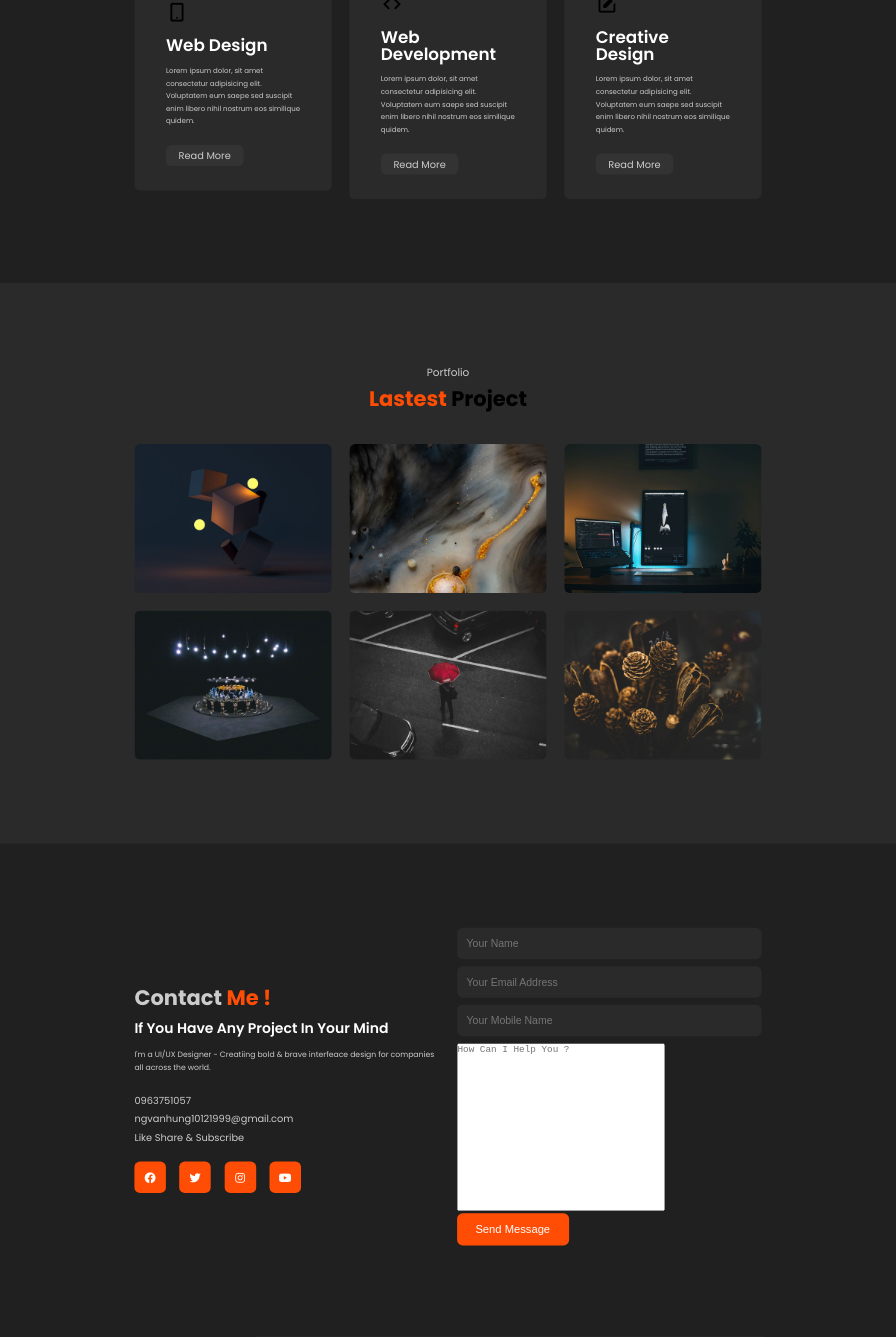
Repository: HungNg99/Protifolio2
Page: Portfolio/index.html
The author's editor kept a copy of each file at every save. The page is drawn from the files as they stood at one save, then again after the next save.
The browser window is 1280 px wide. The pictures show the part of the page from y = 1905 to 3825 px (the page is 3815 px tall before and 3825 px after), at 70% of full size.

Above is the page before, as saved 2022-12-12 16:06:07.

### Portfolio/index.html
<!DOCTYPE html>
<html lang="en">

<head>
    <meta charset="UTF-8">
    <meta http-equiv="X-UA-Compatible" content="IE=edge">
    <meta name="viewport" content="width=device-width, initial-scale=1.0">
    <title>Portfolio</title>
    <link rel="stylesheet" href="./reset.css">
    <link rel="stylesheet" href="./style.css">
    <link rel="stylesheet" href="https://cdnjs.cloudflare.com/ajax/libs/font-awesome/6.2.1/css/all.min.css"
        integrity="sha512-MV7K8+y+gLIBoVD59lQIYicR65iaqukzvf/nwasF0nqhPay5w/9lJmVM2hMDcnK1OnMGCdVK+iQrJ7lzPJQd1w=="
        crossorigin="anonymous" referrerpolicy="no-referrer" />

        <link rel="stylesheet"
        href="https://unpkg.com/boxicons@latest/css/boxicons.min.css">

    <link
        href="https://fonts.googleapis.com/css2?family=Montserrat:wght@800&family=Poppins:ital,wght@0,300;0,400;0,600;0,700;1,600&family=Roboto:wght@300;500&display=swap"
        rel="stylesheet">
</head>

<body>
    <!-- header design-->
    <header>
        <a href="#" class="logo">Cod<span>e</span>r.</a>
        <ul class="nav-list">
            <li><a href="#home" class="nav-link active">
                    Home
                </a></li>
            <li><a href="#about" class="nav-link">
                    About Me
                </a></li>
            <li><a href="#services" class="nav-link">
                    Services
                </a></li>
            <li><a href="#portfolio" class="nav-link">
                    Portfolio
                </a></li>
            <li><a href="#contact" class="nav-link">
                    Contact Me
                </a></li>
        </ul>

        <div class="bx bx-menu" id="menu-icon">
        </div>
    </header>

    <!-- home section design -->
    <section class="home" id="home">
       <div class="home-text">
        <div class="slide">
            <span class="one">Hello</span>
            <span class="two">I'm</span>
        </div>
        <h1>Hung</h1>
        <h3>UI/UX <span>Designer.</span> </h3>
        <p>Lorem ipsum dolor sit amet consectetur adipisicing elit. Quidem fuga tempora reprehenderit ad distinctio commodi ullam suscipit delectus similique nemo.</p>
        <div class="button">
            <a href="#" class="btn">Say Hello</a>
            <a href="#" class="btn2"><span><i class='bx bx-play'></i>Watch My Work</span></a>
        </div>
       </div>
    </section>

    <!-- about section design -->
    <section class="about" id="about">
        <div class="about-img">
            <img src="./img/about.jpg" alt="">
        </div>
        <div class="about-text">
            <h2>About <span>Me</span></h2>
            <h4>Creative UI/UX <span>Designer!</span></h4>
            <p>Lorem ipsum dolor, sit amet consectetur adipisicing elit. Natus amet, animi voluptatem ex perferendis sed eos totam quos, quas molestiae veritatis, at eius iste aut deleniti iure pariatur aspernatur temporibus.</p>
            <a href="#" class="btn">More About</a>
        </div>
    </section>

    <!-- about section design -->
    <section class="services" id="services">
        <div class="main-text">
            <p>What I am Export in</p>
            <h2><span>My</span> Services</h2>
        </div>

        <div class="services-content">
            <div class="box">
                <div class="s-icons">
                    <i class='bx bx-mobile-alt'></i>
                </div>
                <h3>Web Design</h3>
                <p>Lorem ipsum dolor, sit amet consectetur adipisicing elit. Voluptatem eum saepe sed suscipit enim libero nihil nostrum eos similique quidem.</p>
                <a href="#" class="read">Read More</a>
            </div>
            <div class="box">
                <div class="s-icons">
                    <i class='bx bx-code'></i>
                </div>
                <h3>Web Development</h3>
                <p>Lorem ipsum dolor, sit amet consectetur adipisicing elit. Voluptatem eum saepe sed suscipit enim libero nihil nostrum eos similique quidem.</p>
                <a href="#" class="read">Read More</a>
            </div>
            <div class="box">
                <div class="s-icons">
                    <i class='bx bxs-edit'></i>
                </div>
                <h3>Creative Design</h3>
                <p>Lorem ipsum dolor, sit amet consectetur adipisicing elit. Voluptatem eum saepe sed suscipit enim libero nihil nostrum eos similique quidem.</p>
                <a href="#" class="read">Read More</a>
            </div>
        </div>
    </section>

    <!-- portfolio section design -->
    <section class="portfolio" id="portfolio">
        <div class="main-text">
            <p>Portfolio</p>
            <h2><span>Lastest</span> Project</h2>
        </div>
        <div class="portfolio-content">
            <div class="row">
                <img src="./img/portfolio1.jpg" alt="">
                <div class="layer">
                    <h5>Visual Design</h5>
                    <p>Lorem ipsum, dolor sit amet consectetur adipisicing elit. Dolore mollitia fugit impedit iure. Tempore, adipisci!</p>
                    <a href="#"><i class='bx bx-link'></i></a>
                </div>
            </div>
            <div class="row">
                <img src="./img/portfolio2.jpg" alt="">
                <div class="layer">
                    <h5>Visual Design</h5>
                    <p>Lorem ipsum, dolor sit amet consectetur adipisicing elit. Dolore mollitia fugit impedit iure. Tempore, adipisci!</p>
                    <a href="#"><i class='bx bx-link'></i></a>
                </div>
            </div>
            <div class="row">
                <img src="./img/portfolio3.jpg" alt="">
                <div class="layer">
                    <h5>Visual Design</h5>
                    <p>Lorem ipsum, dolor sit amet consectetur adipisicing elit. Dolore mollitia fugit impedit iure. Tempore, adipisci!</p>
                    <a href="#"><i class='bx bx-link'></i></a>
                </div>
            </div>
            <div class="row">
                <img src="./img/portfolio4.jpg" alt="">
                <div class="layer">
                    <h5>Visual Design</h5>
                    <p>Lorem ipsum, dolor sit amet consectetur adipisicing elit. Dolore mollitia fugit impedit iure. Tempore, adipisci!</p>
                    <a href="#"><i class='bx bx-link'></i></a>
                </div>
            </div>
            <div class="row">
                <img src="./img/portfolio5.jpg" alt="">
                <div class="layer">
                    <h5>Visual Design</h5>
                    <p>Lorem ipsum, dolor sit amet consectetur adipisicing elit. Dolore mollitia fugit impedit iure. Tempore, adipisci!</p>
                    <a href="#"><i class='bx bx-link'></i></a>
                </div>
            </div>
            <div class="row">
                <img src="./img/portfolio6.jpg" alt="">
                <div class="layer">
                    <h5>Visual Design</h5>
                    <p>Lorem ipsum, dolor sit amet consectetur adipisicing elit. Dolore mollitia fugit impedit iure. Tempore, adipisci!</p>
                    <a href="#"><i class='bx bx-link'></i></a>
                </div>
            </div>
        </div>
    </section>

    <!-- contact section design -->
    <section class="contact" id="contact">
        <div class="contact-text">
            <h2>Contact <span>Me !</span> </h2>
            <h4>If You Have Any Project In Your Mind</h4>
            <p>I'm a UI/UX Designer - Creatiing bold & brave interfeace design for companies all across the world.</p>
            <div class="list">
                <li><a href="#">0963751057</a></li>
                <li><a href="#">ngvanhung10121999@gmail.com</a></li>
                <li><a href="#">Like Share & Subscribe</a></li>
            </div>

            <div class="contact-icons">
                <a href="#"><i class="fa-brands fa-facebook"></i></a>
                <a href="#"><i class="fa-brands fa-twitter"></i></a>
                <a href="#"><i class="fa-brands fa-instagram"></i></a>
                <a href="#"><i class="fa-brands fa-youtube"></i></a>
            </div>
        </div>

            <div class="contact-form">
                <form action="">
                    <input type="name" placeholder="Your Name" required>
                    <input type="email" placeholder="Your Email Address" required>
                    <input type="" placeholder="Your Mobile Name" required>
                    <textarea name="" id="" cols="35" rows="10" placeholder="How Can I Help You ?" required></textarea>
                    <input type="submit" class="submit" value="Send Message" required>
                </form>
            </div>


    </section>
    <script src="./scripts.js"></script>
</body>

</html>

### Portfolio/reset.css
html {
    box-sizing: border-box;
  }
  * {
    margin: 0;
    padding: 0;
  }
  *,
  *:before,
  *:after {
    box-sizing: border-box;
  }
  input,
  textarea,
  select,
  button {
    outline: none;
  }
  input {
    line-height: normal;
  }
  label,
  button {
    cursor: pointer;
  }
  a {
    text-decoration: none;
  }
  img {
    display: block;
    max-width: 100%;
  }
  *,
  *:before,
  *:after {
    box-sizing: border-box;
  }
  /* using rem unit */
  html {
    font-size: 62.5%;
  }
  a {
    text-decoration: none;
  }
  img {
    display: block;
    max-width: 100%;
  }
  body {
    font-family: "Poppins", sans-serif;
    font-size: 16px;
    line-height: 1;
    list-style: none;
    scroll-behavior: smooth;
    /* height: 200vh; */
  }

### Portfolio/style.css
body{
    background-color: var(--bg-color);
}
:root {
    --bg-color: #2a2a2a;
    --second-bg-color: #202020;
    --text-color: #fff;
    --second-color: #ccc;
    --main-color: #ff4d05;
    --big-font: 5rem;
    --h2-font: 3rem;
    --p-font: 1.1rem;
}

header {
    position: fixed;
    width: 100%;
    top: 0;
    right: 0;
    z-index: 1000;
    background: transparent;
    padding: 22px 15%;
    border-bottom: 1px solid transparent;
    transition: all 0.45s ease;
    display: flex;
    justify-content: space-between;
    align-items: center;
}

.logo {
    color: var(--text-color);
    font-size: 35px;
    font-weight: 700;
    letter-spacing: 1px;
}

span {
    color: var(--main-color);
}

.nav-list {
    display: flex;
    list-style: none;
}

.nav-list .nav-link {
    color: var(--second-color);
    margin: 0 15px;
    font-size: 17px;
    font-weight: 500;
    transition: all 0.45s ease;
}

.nav-list .nav-link:hover {
    color: var(--main-color);
}

.nav-list .nav-link.active {
    color: var(--main-color);
}

#menu-icon {
    color: var(--text-color);
    font-size: 35px;
    z-index: 10001;
    cursor: pointer;
    margin-left: 25px;
    display: none;

}

section {
    padding: 120px 15% 120px;
}

.home {
    position: relative;
    background-image: url(./img/background.jpg);
    background-repeat: no-repeat;
    background-position: center;
    background-size: cover;
    height: 120vh;
    width: 100%;
    display: flex;
    align-items: center;
    justify-content: flex-start;
}

.slide {
    margin-bottom: 30px;
}

.one {
    display: inline-block;
    margin-right: 15px;
    height: 32px;
    padding: 0 15px;
    line-height: 32px;
    font-size: 20px;
    font-weight: 500;
    border-radius: 5px;
    background-color: var(--main-color);
    color: var(--text-color);
}

.two {
    display: inline-block;
    color: var(--second-color);
    font-size: 20px;
    font-weight: 500;
}
.home-text h1 {
    font-size: var(--big-font);
    font-weight: 700;
    color: var(--text-color);
    line-height:1.1;
    margin: 0 0 8px;
}
.home-text h3{
    color: var(--text-color);
    margin: 0 0 35px;
    font-size: 3rem;
    font-weight: 700;
    line-height:1.1;
}
.home-text p{
    color: var(--text-color);
    font-size: var(--p-font);
    line-height:1.8;
    margin-bottom: 40px;
}
.button{
    display:flex;
    align-items: center;
    justify-content: flex-start;
}
.btn{
    display: inline-block;
    padding: 12px 28px;
    background: var(--main-color);
    border-radius: 5px;
    color: var(--text-color);
    font-size:1rem;
    letter-spacing: 1px;
    font-weight: 600;
    transition: all 0.45s ease;
}
.btn:hover{
    transform: scale(1.1);
}
.btn2{
    display: inline-flex;
    align-items: center;
    justify-content: center;
    font-size: 15px;
    font-weight:600;
    color: var(--text-color);
    margin-left: 35px;
}
.btn2 span{
    display: inline-flex;
    align-items: center;
    justify-content: center;
}
.btn2 span i{
    margin-right: 12px;
    height: 50px;
    width: 50px;
    border-radius: 50%;
    display: flex;
    align-items: center;
    justify-content: center;
    transition: all 0.45s ease;
    background-color: var(--main-color);
    color: var(--text-color);
}
.btn2 span i:hover{
    transform: scale(1.1);
}
header.sticky{
    background-color: var(--bg-color);
    border-bottom: 1px solid #ffffff1a;
    padding: 12px 15%;
}

.about{
    display: grid;
    grid-template-columns: repeat(2,1fr);
    align-items: center;
    gap: 8rem;
}


.about-img img{
  max-width: 530px;
  height: auto;
  width: 100%;
  border-radius: 8px;
}
.about-text span {
    color: var(--main-color);
}
.about-text h2{
  font-size: var(--h2-font);
  line-height:1;
  color: var(--text-color);
}
.about-text h4{
   font-size: 24px;
   font-weight:600;
   color: var(--text-color);
   line-height:1;
   margin: 15px 0px 30px;
}
.about-text p {
   color: var(--second-color);
   font-size: var(--p-font);
   line-height:1.8;
   margin-bottom: 4rem;
}
.services{

    background-color: var(--second-bg-color);
}
.main-text{
    text-align: center;
}
.main-text p{
    color: var(--second-color);
    font-size: 15px;
    margin-bottom: 15px;
}
.main-text h2{
    font-size:var(--h2-font);
    line-height:1;
}
.services-content{
    display: grid;
    grid-template-columns: repeat(3,1fr);
    align-items: center;
    gap: 2.5rem;
    margin-top: 5rem;
}
.box{
    background-color: var(--bg-color);
    border-radius:8px;
    padding: 35px 45px;
    transition: all 0.45s ease;
}
.s-icons i{
    font-size:32px;
    margin-bottom: 20px;
}
.box h3{
    font-size:24px;
    font-weight:600;
    color: var(--text-color);
    margin-bottom: 15px;
}
.box p{
    font-size:1rem;
    line-height:1.8;
    color: var(--second-color);
    margin-bottom: 25px;
}
.read{
    display: inline-block;
    padding: 8px 18px;
    background: #333333;
    color: var(--second-color);
    font-size:14px;
    font-weight:500;
    border-radius:8px;
    transition: all 0.45s ease;
}
.read:hover{
    letter-spacing: 1px;
    background-color: #ffffff99;
    color: var(--text-color);
}
.box:hover{
    transform: translateY(-8px);
    cursor: pointer;
}
.portfolio-content{
    display: grid;
    grid-template-columns: repeat(3,1fr);
    gap: 2.5rem;
    margin-top: 5rem;
    align-items: center;
}
.row{
    position: relative;
    overflow: hidden;
    border-radius: 8px;
    cursor: pointer;
}
.row img{
    width: 100%;
    border-radius: 8px;
    display: block;
    transition: transform 0.45s;
}
.layer{
    width: 100%;
    /* heigh = 0 khi chưa hover */
    height: 0;
    background: linear-gradient(rgba(0,0,0,0.1),#ff004f);
    position: absolute;
    border-radius: 8px;
    left: 0;
    bottom: 0;
    overflow: hidden;
    display: flex;
    flex-direction: column;
    align-items: center;
    justify-content:center;
    text-align: center;
    padding: 0px 40px;
    transition: height 0.45s;
}
.layer h5{
    font-size: 20px;
    font-weight:600;
    margin-bottom: 15px;
    color: var(--text-color);
}
.layer p{
    color: var(--second-color);
    font-size:1rem;
    line-height:1.8;
}
.layer i{
    color: var(--main-color);
    margin-top: 20px;
    background-color: var(--text-color);
    display:flex;
    justify-content: center;
    align-items: center;
    width: 60px;
    height: 60px;
    border-radius: 50%;
}
.row:hover img{
    transform: scale(1.1);
}
.row:hover .layer{
    height: 100%;
}
.contact{
    display: grid;
    grid-template-columns: repeat(2,1fr);
    align-items: center;
    gap:2.5rem;
    background-color: var(--second-bg-color);
}
.contact-text h4{
    color: var(--text-color);
    margin: 18px 0;
    font-size: 20px;
    font-weight: 600;
}
.contact-text h2{
    font-size: var(--h2-font);
    line-height:1;
    color: var(--second-color);
}
.contact-text p{
    color: var(--second-color);
    font-size: var(--p-font);
    line-height:1.8;
    margin-bottom: 30px;
}
.list{
    margin-bottom: 2.8rem;
}
.list li{
    margin-bottom: 12px;
}
.list li a{
    display: block;
    color: var(--second-color);
    font-size: 14px;
    transition: all 0.45s ease;
}
.list li a:hover{
    color: var(--text-color);
    transform: translateX(5px);
}
.contact-icons i{
    height: 45px;
    width: 45px;
    background-color: var(--main-color);
    color: var(--text-color);
    display: inline-flex;
    justify-content: center;
    align-items: center;
    border-radius: 8px;
    margin-right: 15px;
    transition: all 0.45s ease;
}
.contact-icons i:hover{
    background-color: var(--text-color);
    color: var(--main-color);
}
.contact-form form input{
    width: 100%;
    padding: 14px;
    background: var(--bg-color);
    color: var(--text-color);
    border: none;
    outline: none;
    font-size: 15px;
    border-radius: 8px;
    margin-bottom: 10px;
}
.contact-form form textarea{
    resize: none;
    height: 240px;
}
.contact-form .submit{
    display: inline-block;
    font-size: 16px;
    width: 160px;
    color: var(--text-color);
    background-color: var(--main-color);
    transition: all 0.45s ease;
}
.contact-form .submit:hover{
    transform: scale(1.1);
    cursor: pointer;
}

Loaded but not shown: Portfolio/scripts.js (no copy from this time; the picture is the same without it)

After the next save:
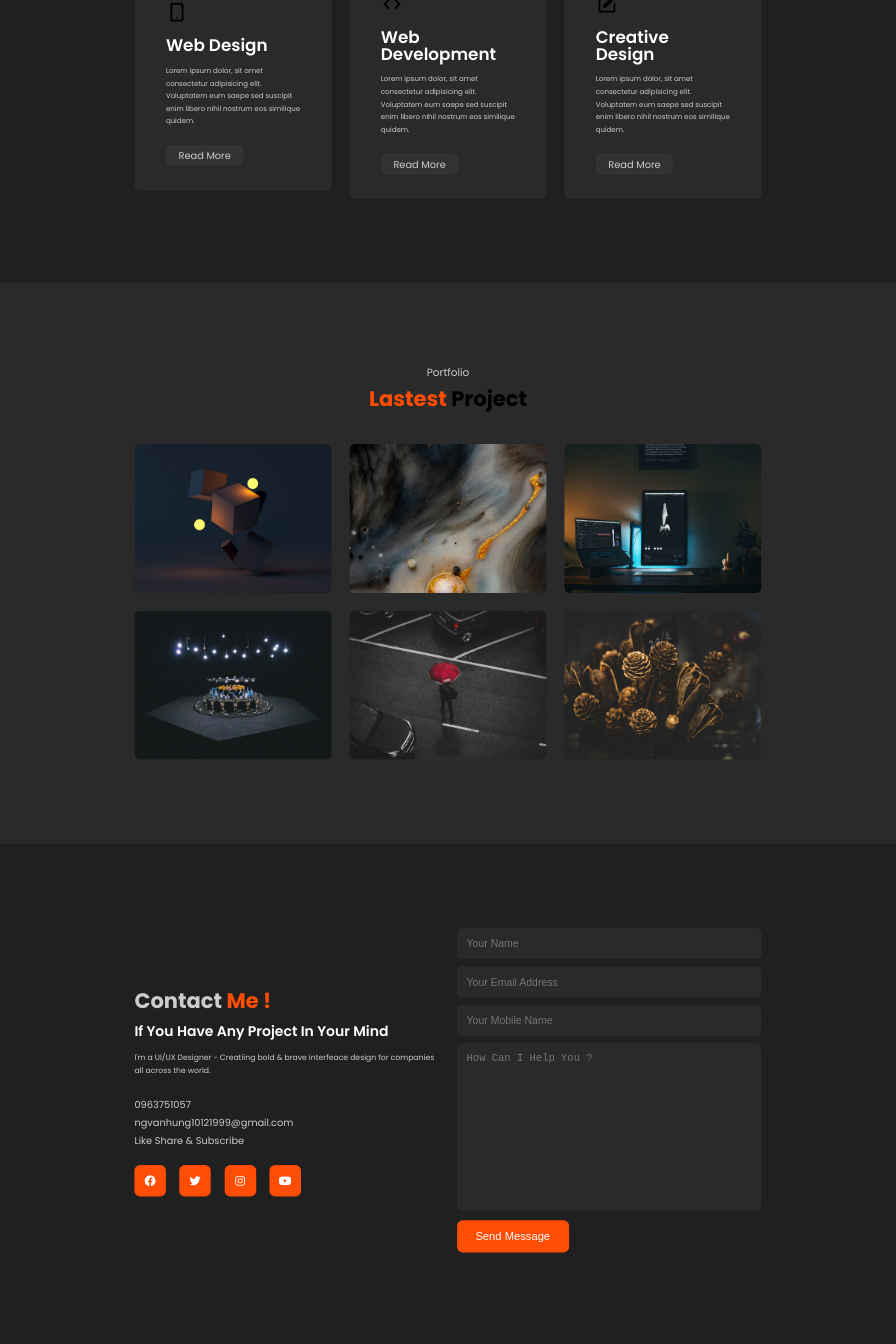
Saved 2 min 22 s later.
--- a/Portfolio/style.css
+++ b/Portfolio/style.css
@@ -403,7 +403,11 @@ header.sticky{
     background-color: var(--text-color);
     color: var(--main-color);
 }
-.contact-form form input{
+.contact-form form{
+   position: relative;
+}
+.contact-form form input,
+form textarea{
     width: 100%;
     padding: 14px;
     background: var(--bg-color);
